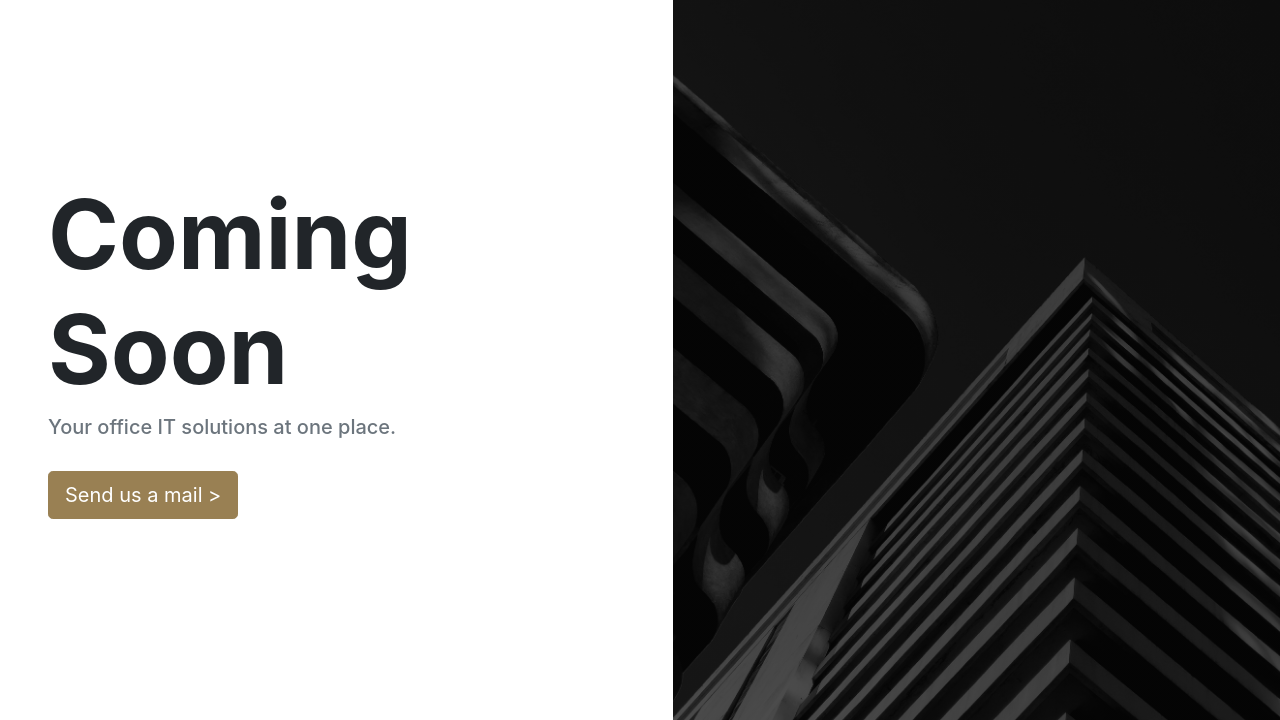
Repository: Thekxgh/website
Page: /
The author's editor kept a copy of each file at every save. The page is drawn from the files as they stood at one save, then again after the next save.
The browser window is 1280 px wide. The pictures show the whole page.
The project was rebuilt for these pictures with package versions that can differ from the ones it lists, and the page was loaded fresh each time.

Above is the page before, as saved 2021-07-14 09:56:23.

### src/index.scss
$primary: #998053;
$dark: #050507;
$light-primary-bg: #DDDEE7;
$light-primary: #DDDEE7;
$theme-colors: (
    "primary": $primary,
    "info": $light-primary,
    "danger": teal,
    "dark": $dark
);

@import '~bootstrap/scss/bootstrap.scss';

.side-img{
 background: linear-gradient(to right, rgba(0, 0, 0, 0.7), rgba(0, 0, 0, 0.7) ), url('./assets/img/background.jpg') no-repeat;
 background-size: cover;
 min-height: 100vh;
}

### src/App.tsx
import React from 'react';
import { LandingPage } from './presentation/LandingPage';

function App() {
  return (
    <LandingPage />
  );
}

export default App;

### src/presentation/LandingPage.tsx
import { Col, Container, Row } from "react-bootstrap"

export const LandingPage = () => {
    return (
    <Container fluid>
        <Row className="min-vh-100 align-items-center">
            <Col className="p-5">
                <h1 className="display-1 font-weight-bold">Coming Soon</h1>
                <h5 className="text-muted">Your office IT solutions at one place.</h5>
                <a className="btn btn-primary btn-lg my-4" href="mailto:contact@thekxgh.com"> Send us a mail {'>'} </a>
            </Col>
            <Col className="side-img min-vh-100">

            </Col>
        </Row>
    </Container>
    );
}

Loaded but not shown: public/index.html (common file); src/index.tsx (common file)

After the next save:
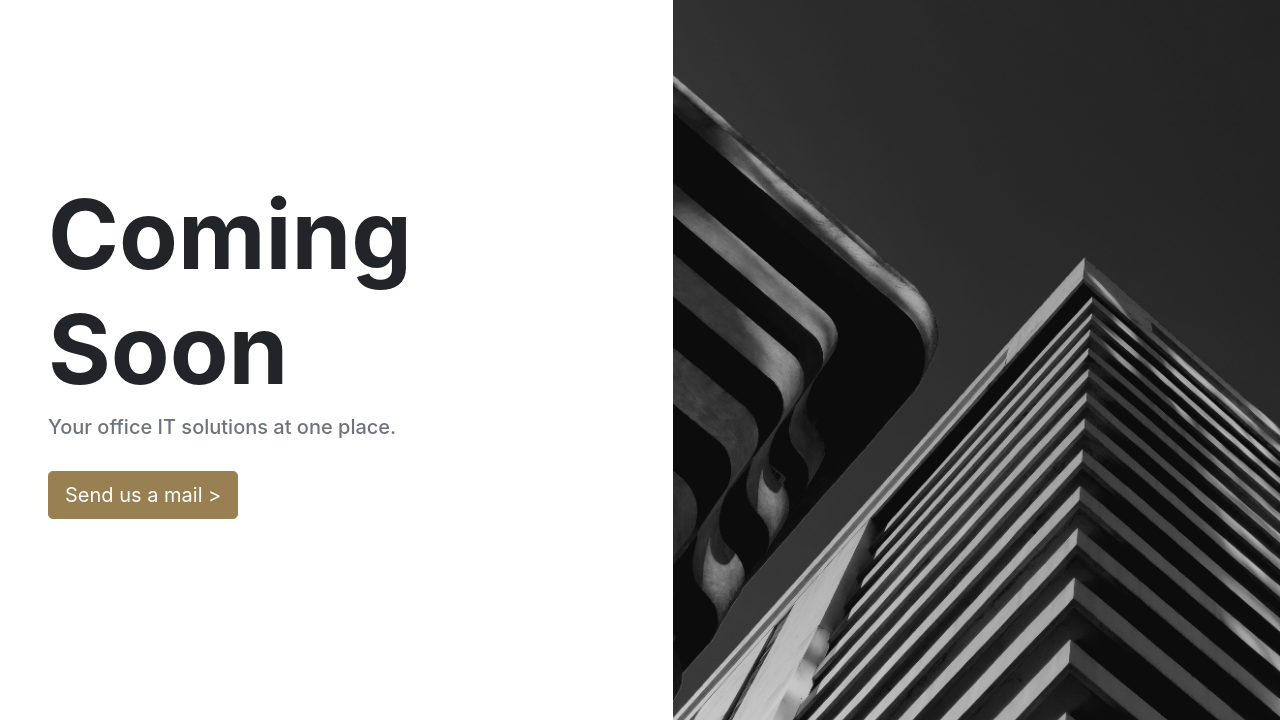
Saved 9 min 54 s later.
--- a/src/index.scss
+++ b/src/index.scss
@@ -12,7 +12,7 @@ $theme-colors: (
 @import '~bootstrap/scss/bootstrap.scss';
 
 .side-img{
- background: linear-gradient(to right, rgba(0, 0, 0, 0.7), rgba(0, 0, 0, 0.7) ), url('./assets/img/background.jpg') no-repeat;
+ background: linear-gradient(to right, rgba(0, 0, 0, 0.2), rgba(0, 0, 0, 0.2) ), url('./assets/img/background.jpg') no-repeat;
  background-size: cover;
  min-height: 100vh;
 }
